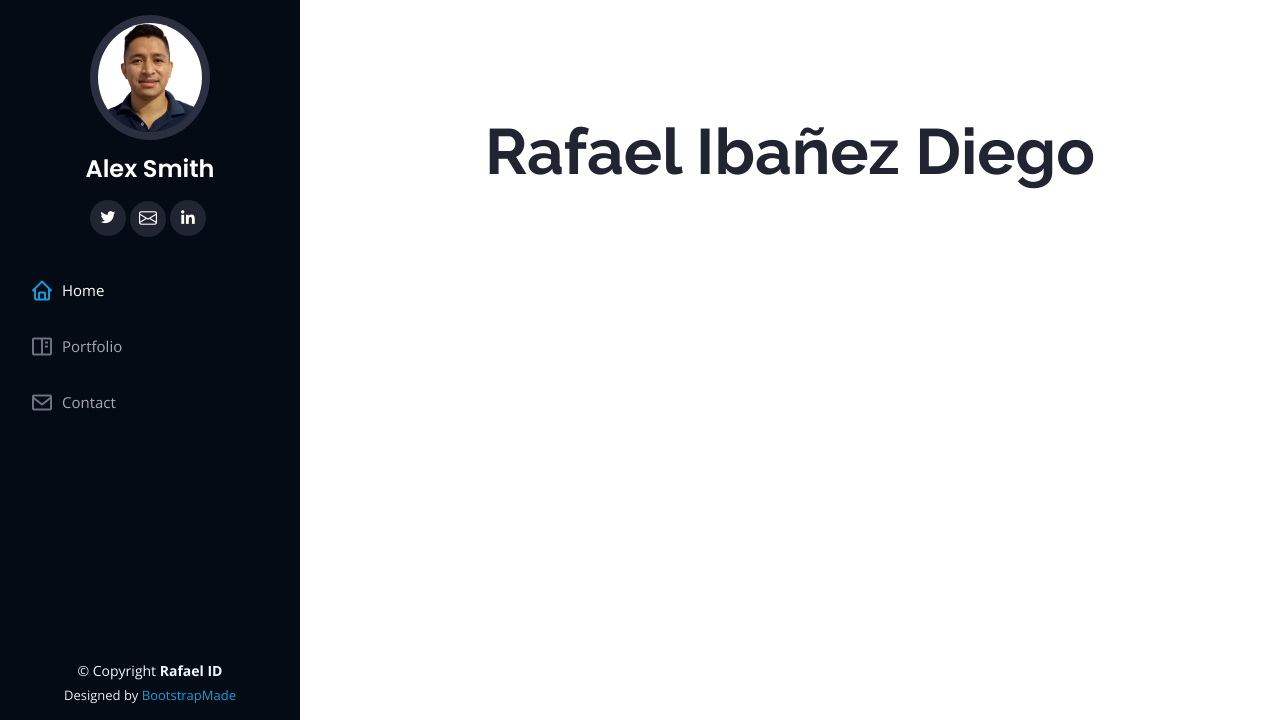
Repository: ralfId/myportfolio
Page: /
These files come from the project's save history. The page is drawn as it stood at one moment and after the next save; the edit follows.
The browser window is 1280 px wide. The pictures show the whole page.
The project was rebuilt for these pictures with package versions that can differ from the ones it lists, and the page was loaded fresh each time. Also part of the build but not shown: src/data/projects.js, src/components/Projects/ProjectItem.js, src/components/Projects/ProjectIndex.js, src/helpers/ProjectById.js, src/components/Projects/ProjectDetail.js.

Above is the page before, as saved 2021-09-20 15:40:50.

After the next save:
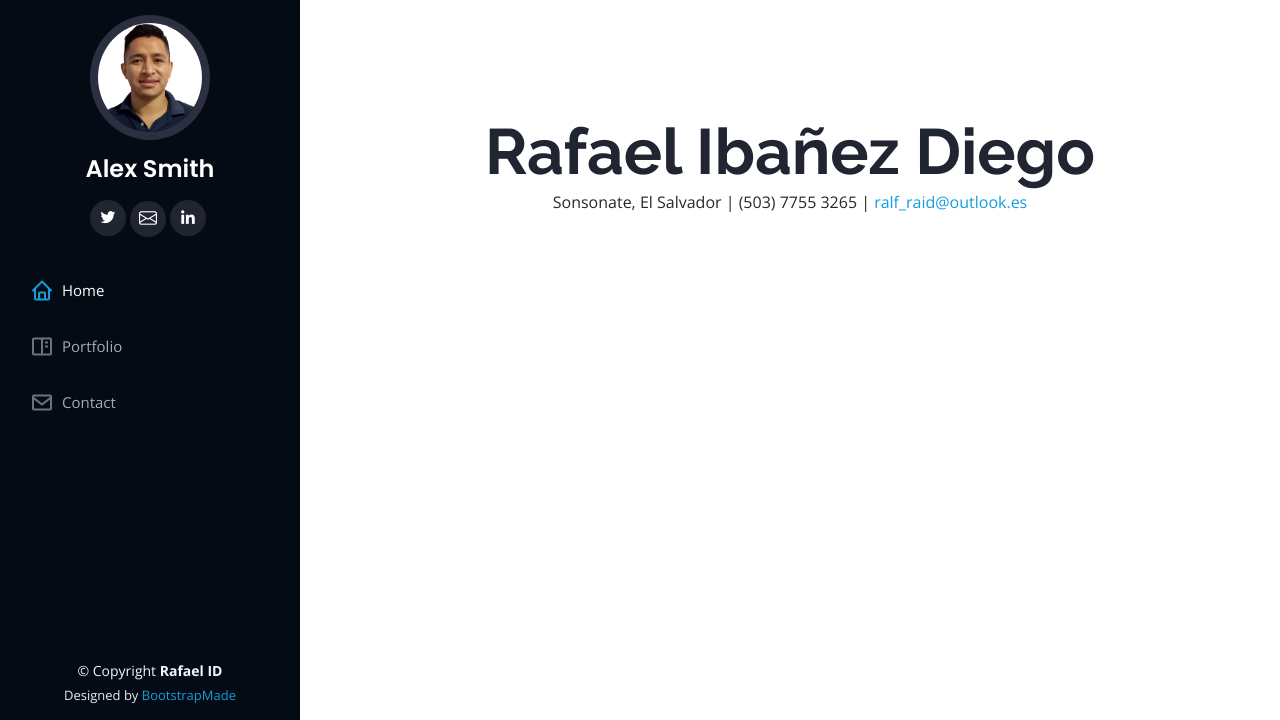
Saved 3 min 29 s later.
--- a/src/components/Home.js
+++ b/src/components/Home.js
@@ -12,6 +12,9 @@ export const Home = () => {
             <section id="hero">
                 <div className="position-relative overflow-hidden p-3 p-md-5 m-md-3 text-center ">
                     <h1>Rafael Ibañez Diego</h1>
+                    <span>
+                        Sonsonate, El Salvador | (503) 7755 3265 | <a href="ralf_raid@outlook.es">ralf_raid@outlook.es</a>
+                    </span>
                 </div>
             </section>
         </>
